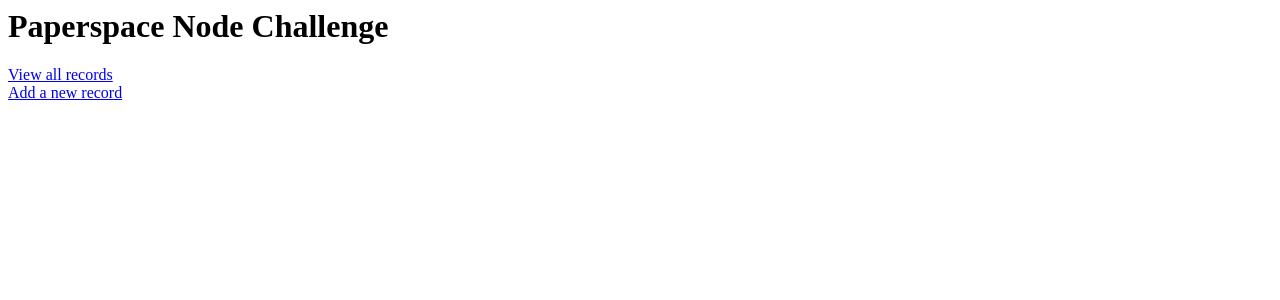
Repository: demesvardestin/paperspace-node
Page: public/index.html
The author's editor kept a record of every edit. The page is drawn from the files as they stood at one moment, then again after the next edit.
The browser window is 1280 px wide. The pictures show the whole page.

Above is the page before.

After the next edit:
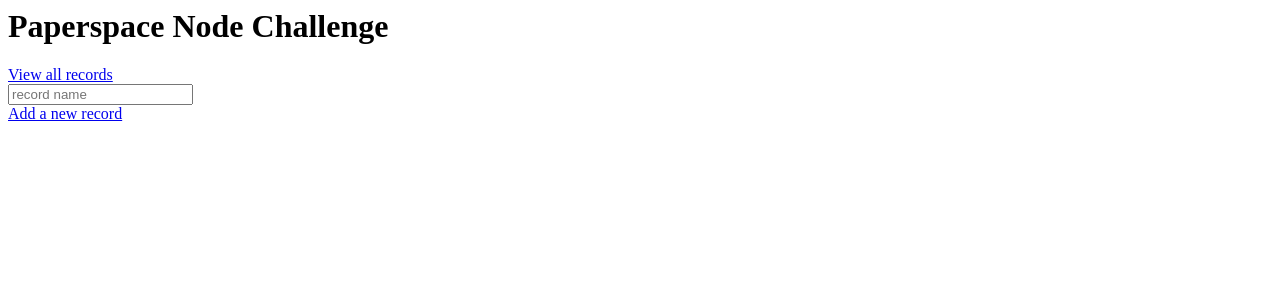
The edit:
--- a/public/index.html
+++ b/public/index.html
@@ -6,7 +6,7 @@
 
 <form action="/addresses" method="post">
     <div class="field">
-
+        <input type="text" class="form-control" name="name" placeholder="record name">
     </div>
 
     <div class="field">
